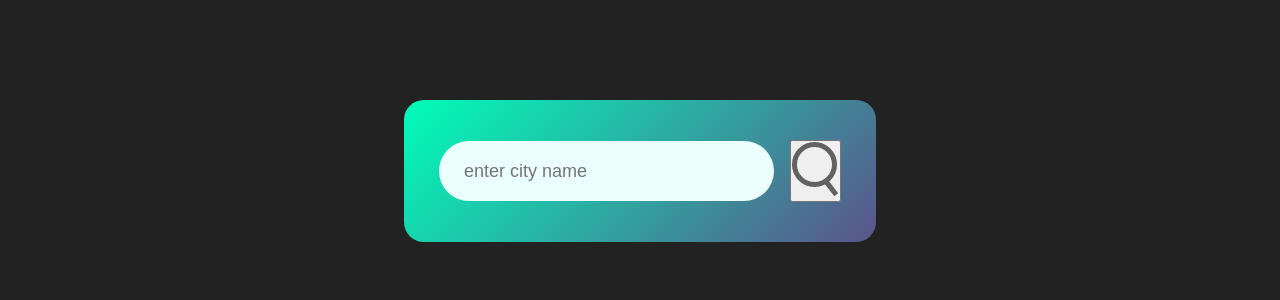
Repository: Rohit-foryou/Weather-app
Page: Weather App/Weather.html
An editor plug-in stored every save of this project. The page is shown before and after the next save, followed by the edit.
The browser window is 1280 px wide. The pictures show the whole page.

Above is the page before, as saved 2023-12-13 14:19:11.

After the next save:
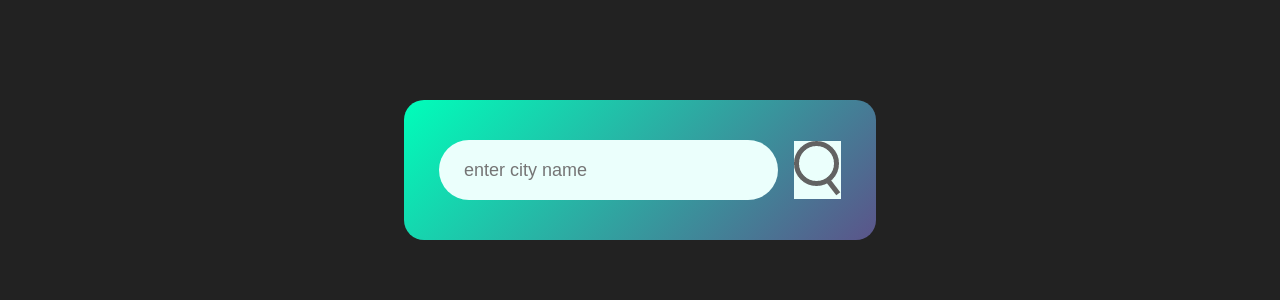
Saved 96 s later.
--- a/Weather App/Weather.css
+++ b/Weather App/Weather.css
@@ -39,3 +39,10 @@ body{
     margin-right: 16px;
     font-size: 18px;
 }
+
+.search button{
+    border: 0;
+    outline: 0;
+    background: #ebfffc;
+
+}
